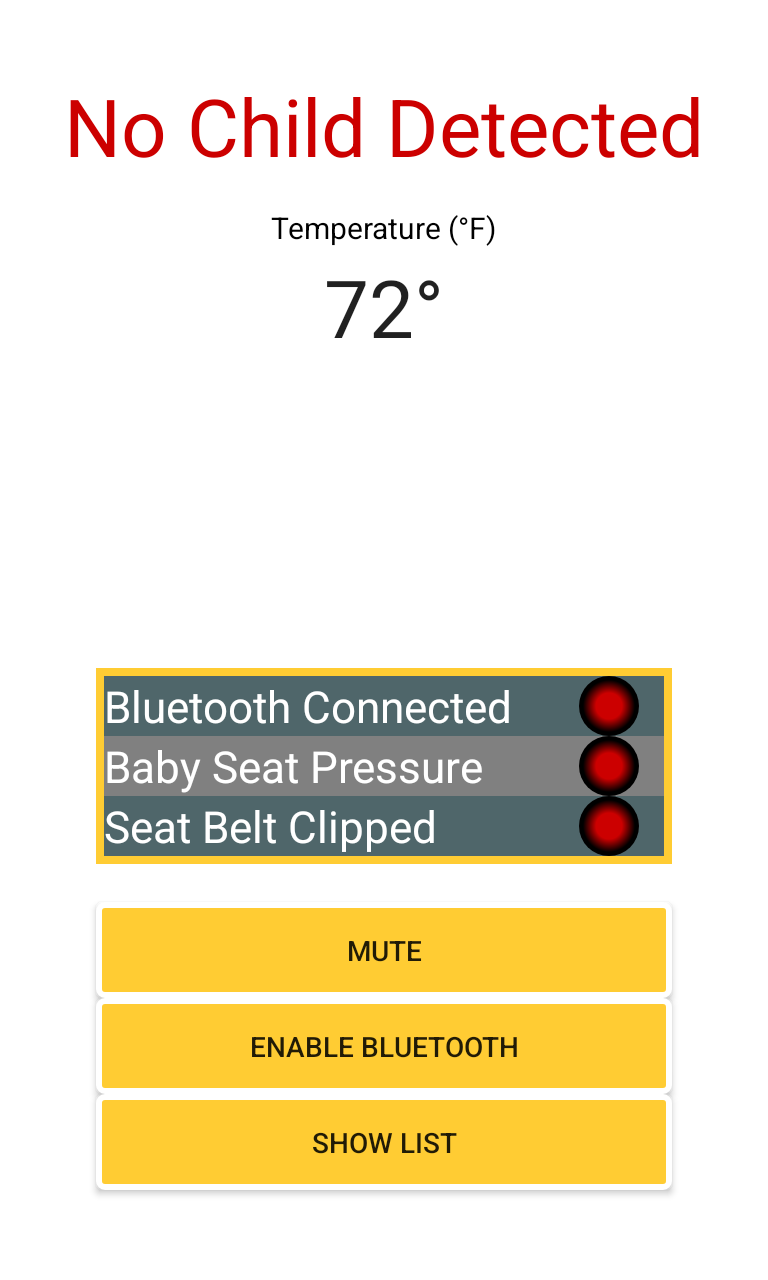
Repository: kqbright/Senior_Design2_Baby_Saver_Android_App
Layout: AppWorkspace/BabyCarTest/res/layout/activity_main.xml
An editor plug-in stored every save of this project. The layout is shown before and after the next save, followed by the edit.
It is drawn on a 768 x 1280 px phone screen (xhdpi) without system bars, with theme AppTheme; the app's code is not run.

Above is the layout before, as saved 2014-12-01 03:36:50.

### AppWorkspace/BabyCarTest/res/layout/activity_main.xml
<RelativeLayout xmlns:android="http://schemas.android.com/apk/res/android"
    xmlns:tools="http://schemas.android.com/tools"
    android:layout_width="match_parent"
    android:layout_height="match_parent"
    android:gravity="center_horizontal"
    android:orientation="vertical"
    android:background="@color/white"
    android:paddingBottom="@dimen/activity_vertical_margin"
    android:paddingLeft="@dimen/activity_horizontal_margin"
    android:paddingRight="@dimen/activity_horizontal_margin"
    android:paddingTop="@dimen/activity_vertical_margin"
    tools:context="com.babycartest.MainActivity" >

    <TextView
        android:id="@+id/textView1"
        android:layout_width="wrap_content"
        android:layout_height="wrap_content"
        android:layout_below="@+id/button4"
        android:layout_centerHorizontal="true"
        android:layout_marginTop="46dp"
        android:text=""
        android:textAppearance="?android:attr/textAppearanceLarge" />

    <Button
        android:id="@+id/button2"
        android:layout_width="wrap_content"
        android:layout_height="wrap_content"
        android:layout_alignLeft="@+id/button1"
        android:layout_alignParentBottom="true"
        android:layout_alignRight="@+id/button1"
        android:layout_marginBottom="29dp"
        android:background="@drawable/custom_button1"
        android:text="@string/button2_text" />

    <TableLayout
        android:id="@+id/tableLayout1"
        android:layout_width="300dp"
        android:layout_height="wrap_content"
        android:layout_above="@+id/button4"
        android:layout_alignLeft="@+id/button4"
        android:layout_alignRight="@+id/button4"
        android:layout_marginBottom="19dp"
        android:background="@drawable/table_border"
        android:stretchColumns="0,1,2" >

        <TableRow
            android:id="@+id/tableRow2"
            android:layout_width="match_parent"
            android:layout_height="wrap_content"
            android:layout_gravity="center_horizontal"
            android:background="@color/stormcloud" >

            <TextView
                android:text="@string/connected"
                android:textColor="@color/white"
                android:textSize="22sp" />

            <ImageView
                android:id="@+id/circle1"
                android:layout_gravity="center"
                android:background="@drawable/red_circle"
                android:contentDescription="@string/red_circle" />
        </TableRow>

        <TableRow
            android:id="@+id/tableRow3"
            android:layout_width="wrap_content"
            android:layout_height="wrap_content"
            android:background="@color/trolley_grey" >

            <TextView
                android:text="@string/pressure_applied"
                android:textColor="@color/white"
                android:textSize="22sp" />

            <ImageView
                android:id="@+id/circle2"
                android:layout_gravity="center"
                android:background="@drawable/red_circle"
                android:contentDescription="@string/red_circle" />
        </TableRow>

        <TableRow
            android:id="@+id/tableRow4"
            android:layout_width="wrap_content"
            android:layout_height="wrap_content"
            android:background="@color/stormcloud" >

            <TextView
                android:text="@string/seat_belt"
                android:textColor="@color/white"
                android:textSize="22sp" />

            <ImageView
                android:id="@+id/circle3"
                android:layout_gravity="center"
                android:background="@drawable/red_circle"
                android:contentDescription="@string/red_circle" />
        </TableRow>
    </TableLayout>

    <Button
        android:id="@+id/button4"
        android:layout_width="wrap_content"
        android:layout_height="wrap_content"
        android:layout_above="@+id/button1"
        android:layout_alignLeft="@+id/button1"
        android:layout_alignRight="@+id/button1"
        android:background="@drawable/custom_button1"
        android:text="@string/mute" />

    <Button
        android:id="@+id/button1"
        android:layout_width="288dp"
        android:layout_height="wrap_content"
        android:layout_above="@+id/button2"
        android:layout_centerHorizontal="true"
        android:background="@drawable/custom_button1"
        android:text="@string/button_text" />

    <TextView
        android:id="@+id/baby_status"
        android:layout_width="wrap_content"
        android:layout_height="wrap_content"
        android:layout_alignParentTop="true"
        android:layout_centerHorizontal="true"
        android:layout_marginTop="20dp"
        android:text="@string/no_baby"
        android:textAppearance="?android:attr/textAppearanceLarge"
        android:textColor="@color/university_red"
        android:textSize="40sp" />

    <TextView
        android:id="@+id/tempValue"
        android:layout_width="wrap_content"
        android:layout_height="wrap_content"
        android:layout_below="@+id/baby_status"
        android:layout_centerHorizontal="true"
        android:layout_marginTop="37dp"
        android:text="@string/temp"
        android:textAppearance="?android:attr/textAppearanceLarge"
        android:textSize="40sp" />

    <TextView
        android:id="@+id/textView2"
        android:layout_width="wrap_content"
        android:layout_height="wrap_content"
        android:layout_below="@+id/baby_status"
        android:layout_centerHorizontal="true"
        android:layout_marginTop="14dp"
        android:text="@string/temp_lbl"
        android:textAppearance="?android:attr/textAppearanceLarge"
        android:textColor="@color/black"
        android:textSize="15sp" />

</RelativeLayout>

### AppWorkspace/BabyCarTest/res/values/color.xml
<?xml version="1.0" encoding="utf-8"?>
<resources>

    <color name="white">#FFFFFF</color>
    <color name="medium_champagne">#F3E5AB</color>


    <color name="sunglow">#FFCC33</color>
    <color name="tangerine">#F28500</color>
    <color name="willpower_orange">#FD5800</color>


    <color name="stormcloud">#4F666A</color>
    <color name="trolley_grey">#808080</color>


    <color name="spring_green">#00FF7F</color>
    <color name="forest_green">#228B22</color>


    <color name="university_red">#CC0000</color>

    <color name="black">#000000</color>

</resources>

### AppWorkspace/BabyCarTest/res/drawable-hdpi/custom_button1.xml
<?xml version="1.0" encoding="utf-8"?>
<selector
    xmlns:android="http://schemas.android.com/apk/res/android">

    <item android:state_pressed="true" >
        <shape>
            <solid
                android:color="@color/willpower_orange"/>
            <stroke
                android:width="3dp"
                android:color="@color/white" />

            <corners
                android:radius="3dp" />
            <padding
                android:left="10dp"
                android:top="10dp"
                android:right="10dp"
                android:bottom="10dp" />
        </shape>
    </item>

    <item android:state_focused="true" >
        <shape>
            <solid
                android:color="@color/medium_champagne"
                />
                        <stroke
                android:width="3dp"
                android:color="@color/white" />

            <corners
                android:radius="3dp" />
            <padding
                android:left="10dp"
                android:top="10dp"
                android:right="10dp"
                android:bottom="10dp" />
        </shape>
    </item>

    <item>
        <shape>
            <solid
                android:color="@color/sunglow" />
            <stroke
                android:width="3dp"
                android:color="@color/white" />
            <corners
                android:radius="3dp" />
            <padding
                android:left="10dp"
                android:top="10dp"
                android:right="10dp"
                android:bottom="10dp" />
        </shape>
    </item>
</selector>

### AppWorkspace/BabyCarTest/res/drawable-ldpi/custom_button1.xml
<?xml version="1.0" encoding="utf-8"?>
<selector
    xmlns:android="http://schemas.android.com/apk/res/android">

    <item android:state_pressed="true" >
        <shape>
            <solid
                android:color="@color/willpower_orange"/>
            <stroke
                android:width="3dp"
                android:color="@color/white" />

            <corners
                android:radius="3dp" />
            <padding
                android:left="10dp"
                android:top="10dp"
                android:right="10dp"
                android:bottom="10dp" />
        </shape>
    </item>

    <item android:state_focused="true" >
        <shape>
            <solid
                android:color="@color/medium_champagne"
                />
                        <stroke
                android:width="3dp"
                android:color="@color/white" />

            <corners
                android:radius="3dp" />
            <padding
                android:left="10dp"
                android:top="10dp"
                android:right="10dp"
                android:bottom="10dp" />
        </shape>
    </item>

    <item>
        <shape>
            <solid
                android:color="@color/sunglow" />
            <stroke
                android:width="3dp"
                android:color="@color/white" />
            <corners
                android:radius="3dp" />
            <padding
                android:left="10dp"
                android:top="10dp"
                android:right="10dp"
                android:bottom="10dp" />
        </shape>
    </item>
</selector>

### AppWorkspace/BabyCarTest/res/drawable-mdpi/custom_button1.xml
<?xml version="1.0" encoding="utf-8"?>
<selector
    xmlns:android="http://schemas.android.com/apk/res/android">

    <item android:state_pressed="true" >
        <shape>
            <solid
                android:color="@color/willpower_orange"/>
            <stroke
                android:width="3dp"
                android:color="@color/white" />

            <corners
                android:radius="3dp" />
            <padding
                android:left="10dp"
                android:top="10dp"
                android:right="10dp"
                android:bottom="10dp" />
        </shape>
    </item>

    <item android:state_focused="true" >
        <shape>
            <solid
                android:color="@color/medium_champagne"
                />
                        <stroke
                android:width="3dp"
                android:color="@color/white" />

            <corners
                android:radius="3dp" />
            <padding
                android:left="10dp"
                android:top="10dp"
                android:right="10dp"
                android:bottom="10dp" />
        </shape>
    </item>

    <item>
        <shape>
            <solid
                android:color="@color/sunglow" />
            <stroke
                android:width="3dp"
                android:color="@color/white" />
            <corners
                android:radius="3dp" />
            <padding
                android:left="10dp"
                android:top="10dp"
                android:right="10dp"
                android:bottom="10dp" />
        </shape>
    </item>
</selector>

### AppWorkspace/BabyCarTest/res/drawable-xhdpi/custom_button1.xml
<?xml version="1.0" encoding="utf-8"?>
<selector
    xmlns:android="http://schemas.android.com/apk/res/android">

    <item android:state_pressed="true" >
        <shape>
            <solid
                android:color="@color/willpower_orange"/>
            <stroke
                android:width="3dp"
                android:color="@color/white" />

            <corners
                android:radius="3dp" />
            <padding
                android:left="10dp"
                android:top="10dp"
                android:right="10dp"
                android:bottom="10dp" />
        </shape>
    </item>

    <item android:state_focused="true" >
        <shape>
            <solid
                android:color="@color/medium_champagne"
                />
                        <stroke
                android:width="3dp"
                android:color="@color/white" />

            <corners
                android:radius="3dp" />
            <padding
                android:left="10dp"
                android:top="10dp"
                android:right="10dp"
                android:bottom="10dp" />
        </shape>
    </item>

    <item>
        <shape>
            <solid
                android:color="@color/sunglow" />
            <stroke
                android:width="3dp"
                android:color="@color/white" />
            <corners
                android:radius="3dp" />
            <padding
                android:left="10dp"
                android:top="10dp"
                android:right="10dp"
                android:bottom="10dp" />
        </shape>
    </item>
</selector>

### AppWorkspace/BabyCarTest/res/drawable-xxhdpi/custom_button1.xml
<?xml version="1.0" encoding="utf-8"?>
<selector
    xmlns:android="http://schemas.android.com/apk/res/android">

    <item android:state_pressed="true" >
        <shape>
            <solid
                android:color="@color/willpower_orange"/>
            <stroke
                android:width="3dp"
                android:color="@color/white" />

            <corners
                android:radius="3dp" />
            <padding
                android:left="10dp"
                android:top="10dp"
                android:right="10dp"
                android:bottom="10dp" />
        </shape>
    </item>

    <item android:state_focused="true" >
        <shape>
            <solid
                android:color="@color/medium_champagne"
                />
                        <stroke
                android:width="3dp"
                android:color="@color/white" />

            <corners
                android:radius="3dp" />
            <padding
                android:left="10dp"
                android:top="10dp"
                android:right="10dp"
                android:bottom="10dp" />
        </shape>
    </item>

    <item>
        <shape>
            <solid
                android:color="@color/sunglow" />
            <stroke
                android:width="3dp"
                android:color="@color/white" />
            <corners
                android:radius="3dp" />
            <padding
                android:left="10dp"
                android:top="10dp"
                android:right="10dp"
                android:bottom="10dp" />
        </shape>
    </item>
</selector>

### AppWorkspace/BabyCarTest/res/values/strings.xml
<?xml version="1.0" encoding="utf-8"?>
<resources>

    <string name="app_name">Baby Car Test</string>
    <string name="hello_world">Hello world!</string>
    <string name="action_settings">Settings</string>
    <string name="button_text">Enable Bluetooth</string>
    <string name="button2_text">Show list</string>
    <string name="pick_device">Select a Device</string>
    <string name="connected">Bluetooth Connected</string>
    <string name="led_on">ON</string>
    <string name="mute">MUTE</string>
    <string name="pressure_applied">Baby Seat Pressure</string>
    <string name="seat_belt">Seat Belt Clipped</string>
    <string name="temp_lbl">Temperature (°F)</string>
    <string name="temp">72°</string>
    <string name="red_circle">Red Circle</string>
    <string name="no_baby">No Child Detected</string>
    <string name="baby_in_car">Child in the Car</string>

</resources>

### AppWorkspace/BabyCarTest/res/drawable-hdpi/table_border.xml
<?xml version="1.0" encoding="utf-8"?>
<shape xmlns:android="http://schemas.android.com/apk/res/android"
    android:shape="rectangle">
    <solid
        android:color="@color/sunglow"/>
    <padding android:left="4dp"
        android:top="4dp"
        android:right="4dp"
        android:bottom="4dp" />

</shape>

### AppWorkspace/BabyCarTest/res/drawable-ldpi/table_border.xml
<?xml version="1.0" encoding="utf-8"?>
<shape xmlns:android="http://schemas.android.com/apk/res/android"
    android:shape="rectangle">
    <solid
        android:color="@color/sunglow"/>
    <padding android:left="4dp"
        android:top="4dp"
        android:right="4dp"
        android:bottom="4dp" />

</shape>

### AppWorkspace/BabyCarTest/res/drawable-mdpi/table_border.xml
<?xml version="1.0" encoding="utf-8"?>
<shape xmlns:android="http://schemas.android.com/apk/res/android"
    android:shape="rectangle">
    <solid
        android:color="@color/sunglow"/>
    <padding android:left="4dp"
        android:top="4dp"
        android:right="4dp"
        android:bottom="4dp" />

</shape>

### AppWorkspace/BabyCarTest/res/drawable-xhdpi/table_border.xml
<?xml version="1.0" encoding="utf-8"?>
<shape xmlns:android="http://schemas.android.com/apk/res/android"
    android:shape="rectangle">
    <solid
        android:color="@color/sunglow"/>
    <padding android:left="4dp"
        android:top="4dp"
        android:right="4dp"
        android:bottom="4dp" />

</shape>

### AppWorkspace/BabyCarTest/res/drawable-xxhdpi/table_border.xml
<?xml version="1.0" encoding="utf-8"?>
<shape xmlns:android="http://schemas.android.com/apk/res/android"
    android:shape="rectangle">
    <solid
        android:color="@color/sunglow"/>
    <padding android:left="4dp"
        android:top="4dp"
        android:right="4dp"
        android:bottom="4dp" />

</shape>

### AppWorkspace/BabyCarTest/res/drawable-hdpi/red_circle.xml
<?xml version="1.0" encoding="utf-8"?>
<shape xmlns:android="http://schemas.android.com/apk/res/android"
    android:shape="oval">
    <gradient
        android:type="radial"
        android:centerColor="@color/university_red"
        android:startColor="@color/university_red"
        android:endColor="@color/black"
        android:gradientRadius="20"
        />
    <padding android:left="10dp"
        android:top="10dp"
        android:right="10dp"
        android:bottom="10dp" />
    <size
        android:width="30dp"
        android:height="30dp"/>
</shape>

### AppWorkspace/BabyCarTest/res/drawable-ldpi/red_circle.xml
<?xml version="1.0" encoding="utf-8"?>
<shape xmlns:android="http://schemas.android.com/apk/res/android"
    android:shape="oval">
    <gradient
        android:type="radial"
        android:centerColor="@color/university_red"
        android:startColor="@color/university_red"
        android:endColor="@color/white"
        android:gradientRadius="10"
        />
    <padding
        android:left="10dp"
        android:top="10dp"
        android:right="10dp"
        android:bottom="10dp" />
    <size
        android:width="30dp"
        android:height="30dp"/>
</shape>

### AppWorkspace/BabyCarTest/res/drawable-mdpi/red_circle.xml
<?xml version="1.0" encoding="utf-8"?>
<shape xmlns:android="http://schemas.android.com/apk/res/android"
    android:shape="oval">
    <gradient
        android:type="radial"
        android:centerColor="@color/university_red"
        android:startColor="@color/university_red"
        android:endColor="@color/white"
        android:gradientRadius="13"
        />
    <padding android:left="10dp"
        android:top="10dp"
        android:right="10dp"
        android:bottom="10dp" />
    <size
        android:width="30dp"
        android:height="30dp"/>
</shape>

### AppWorkspace/BabyCarTest/res/drawable-xhdpi/red_circle.xml
<?xml version="1.0" encoding="utf-8"?>
<shape xmlns:android="http://schemas.android.com/apk/res/android"
    android:shape="oval">
    <gradient
        android:type="radial"
        android:centerColor="@color/university_red"
        android:startColor="@color/university_red"
        android:endColor="@color/black"
        android:gradientRadius="26"
        />
    <padding android:left="10dp"
        android:top="10dp"
        android:right="10dp"
        android:bottom="10dp" />
    <size
        android:width="30dp"
        android:height="30dp"/>
</shape>

### AppWorkspace/BabyCarTest/res/drawable-xxhdpi/red_circle.xml
<?xml version="1.0" encoding="utf-8"?>
<shape xmlns:android="http://schemas.android.com/apk/res/android"
    android:shape="oval">
    <gradient
        android:type="radial"
        android:centerColor="@color/university_red"
        android:startColor="@color/university_red"
        android:endColor="@color/black"
        android:gradientRadius="39"
        />
    <padding android:left="10dp"
        android:top="10dp"
        android:right="10dp"
        android:bottom="10dp" />
    <size
        android:width="30dp"
        android:height="30dp"/>
</shape>

Loaded but not shown: AppWorkspace/BabyCarTest/res/values/styles.xml (common file); AppWorkspace/BabyCarTest/res/values-v11/styles.xml (common file); AppWorkspace/BabyCarTest/res/values-v14/styles.xml (common file); AppWorkspace/BabyCarTest/res/values/dimens.xml (common file); AppWorkspace/BabyCarTest/res/values-w820dp/dimens.xml (common file)

After the next save:
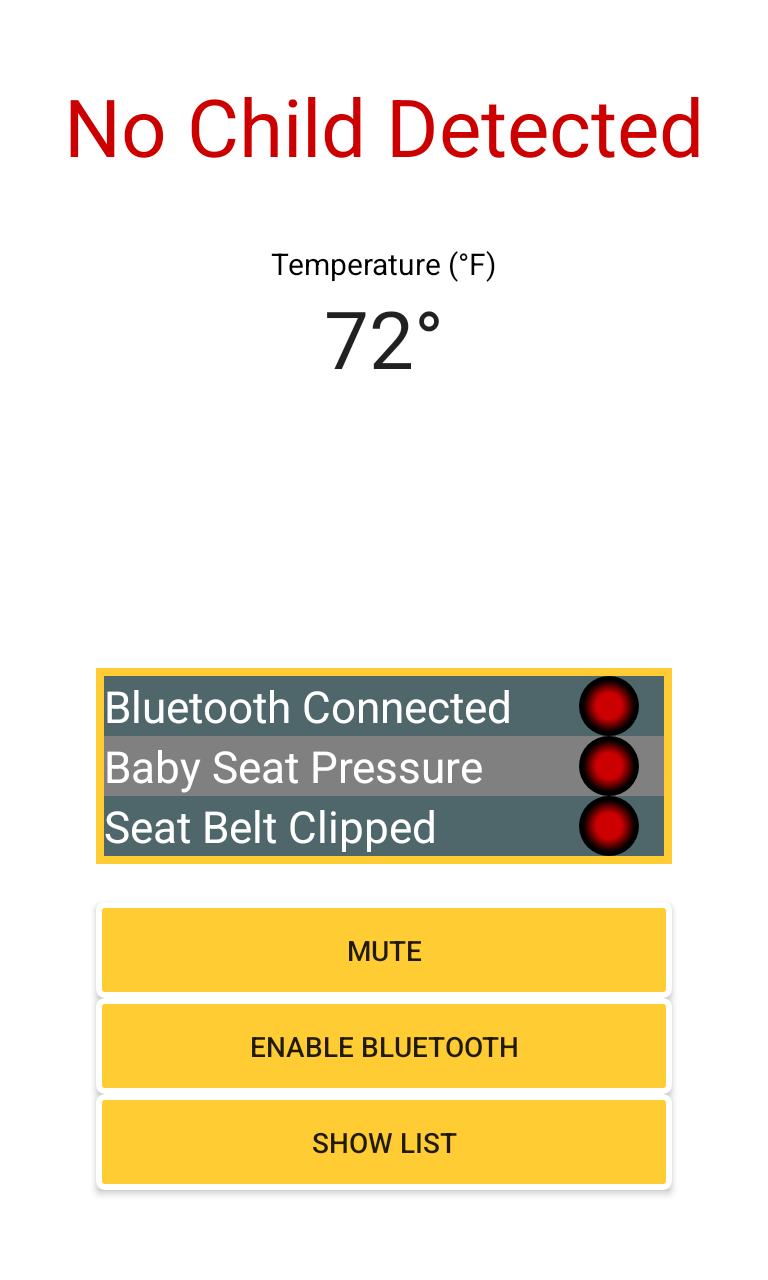
Saved 38 s later.
--- a/AppWorkspace/BabyCarTest/res/layout/activity_main.xml
+++ b/AppWorkspace/BabyCarTest/res/layout/activity_main.xml
@@ -131,26 +131,25 @@
         android:textSize="40sp" />
 
     <TextView
-        android:id="@+id/tempValue"
-        android:layout_width="wrap_content"
-        android:layout_height="wrap_content"
-        android:layout_below="@+id/baby_status"
-        android:layout_centerHorizontal="true"
-        android:layout_marginTop="37dp"
-        android:text="@string/temp"
-        android:textAppearance="?android:attr/textAppearanceLarge"
-        android:textSize="40sp" />
-
-    <TextView
         android:id="@+id/textView2"
         android:layout_width="wrap_content"
         android:layout_height="wrap_content"
         android:layout_below="@+id/baby_status"
         android:layout_centerHorizontal="true"
-        android:layout_marginTop="14dp"
+        android:layout_marginTop="32dp"
         android:text="@string/temp_lbl"
         android:textAppearance="?android:attr/textAppearanceLarge"
         android:textColor="@color/black"
         android:textSize="15sp" />
 
+    <TextView
+        android:id="@+id/tempValue"
+        android:layout_width="wrap_content"
+        android:layout_height="wrap_content"
+        android:layout_below="@+id/textView2"
+        android:layout_centerHorizontal="true"
+        android:text="@string/temp"
+        android:textAppearance="?android:attr/textAppearanceLarge"
+        android:textSize="40sp" />
+
 </RelativeLayout>
